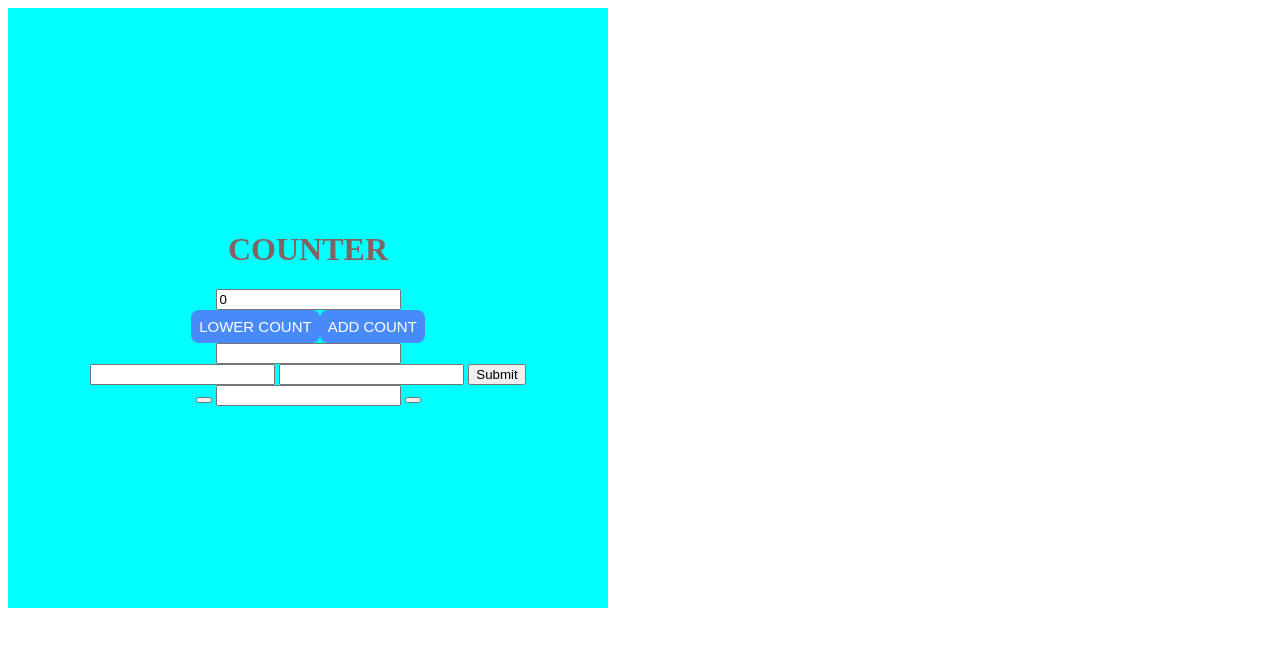
Repository: sedashahnazaryan/Caunter
Page: index.html
The author's editor kept a copy of each file at every save. The page is drawn from the files as they stood at one save, then again after a run of saves.
The browser window is 1280 px wide. The pictures show the whole page.

Above is the page before, as saved 2022-02-15 00:05:43.

### index.html
<!DOCTYPE html>
<html lang="en">
<head>
    <meta charset="UTF-8">
    <meta http-equiv="X-UA-Compatible" content="IE=edge">
    <meta name="viewport" content="width=device-width, initial-scale=1.0">
    <title>Caunter</title>
    <link rel="stylesheet" href="./index.css">
</head>

<body>
    <div class="container">

        <h1 class="counter">COUNTER</h1>
    <input class="item1"id="input" type="text" value="0">
    <div class="btn-item">
        <button id="lower" onclick="">LOWER COUNT </button>
        <button id ="add">ADD COUNT</button>
    </div>

    <input id ="result" type="text">
    <div class="add-item">
        <input id="num1" type="text">
        <input id="num2" type="text">
        <button id="submit">Submit</button>
    </div>

    <div class="item1">
        <button id ="start"></button>
         <input id ="interval" type="text">
          <button id ="stop"></button>
    </div>

</div>

   <script src="./index.js"></script>
</body>
</html>

### index.css




.container{
  display: flex;
  height: 600px;
  width: 600px;
  justify-content: center;
  align-items: center;
  background-color: aqua;
  flex-direction: column;
}

.counter{
color: rgba(151, 75, 75, 0.87);

}



.btn-item{
    display: flex;
    justify-content: center;
}
#add,#lower {
    background-color: #498AFB;
    color: white;
    padding: 8px;
    border-radius: 8px;
    border: none;
    font-size: 15px;

    cursor: pointer;

}
/* #lower {
    background-color: #498AFB;
    color: white;
    padding: 8px;
    border-radius: 8px;
    border: none;
    font-size: 15px;
    cursor: pointer; */

### index.js
let counterDisplayElem = document.getElementById('input');
let counterMinusElem = document.getElementById('lower');
let counterPlusElem = document.getElementById('add');
let result=document.getElementById('result');
let num1 =document.getElementById('num1');
let num2 =document.getElementById('num2');
let submit=document.getElementById('submit');



counterPlusElem.addEventListener("click",()=>{
    counterDisplayElem.value++;
}) ;

counterMinusElem.addEventListener("click",()=>{
    counterDisplayElem.value--;
});

function curry(a){
    return function(b){
       return a+b;
    }

};
submit.addEventListener('click',()=>{
result.value=curry(+num1.value)(+num2.value);

});

After the next 4 saves:
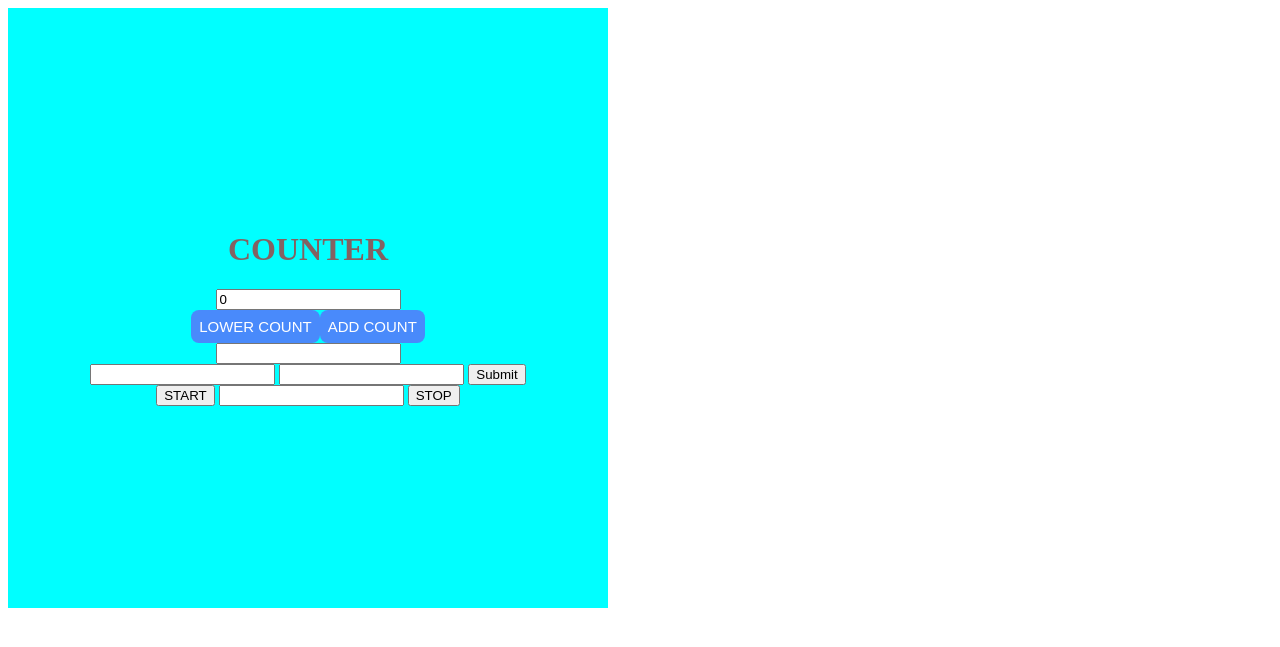
The 4 saves are shown as one change because they came seconds apart.
The last was saved 26 s later.
--- a/index.html
+++ b/index.html
@@ -26,9 +26,9 @@
     </div>
 
     <div class="item1">
-        <button id ="start"></button>
+        <button id ="start">START</button>
          <input id ="interval" type="text">
-          <button id ="stop"></button>
+          <button id ="stop">STOP</button>
     </div>
 
 </div>
